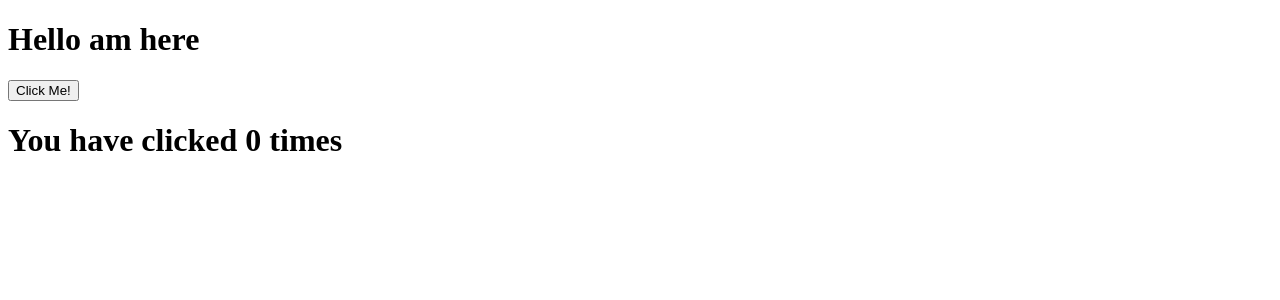
Repository: ohis/JAVAOnTheWeb
Page: http://localhost/ButtonClicker/Clicker
An editor plug-in stored every save of this project. The page is shown before and after the next save, followed by the edit.
The browser window is 1280 px wide. The pictures show the whole page.
The page is served by Tomcat 9.

Above is the page before, as saved 2017-12-03 02:48:13.

### servlets/ButtonClicker/WebContent/WEB-INF/views/click.jsp
<%@ page language="java" contentType="text/html; charset=ISO-8859-1"
    pageEncoding="ISO-8859-1"%>
<!DOCTYPE html PUBLIC "-//W3C//DTD HTML 4.01 Transitional//EN" "http://www.w3.org/TR/html4/loose.dtd">
<html>
<head>
<meta http-equiv="Content-Type" content="text/html; charset=ISO-8859-1">
<title>Clicker</title>
</head>
<body>
  <h1>Hello am here</h1>

  <form action="Clicker" method="get">
    <input type="submit" value="Click Me!">
  </form>

  <h1>You have clicked ${clicks} times</h1>

</body>
</html>

### servlets/ButtonClicker/src/com/codingdojo/clicker/controller/Clicker.java
package com.codingdojo.clicker.controller;

import java.io.IOException;

import javax.servlet.RequestDispatcher;
import javax.servlet.ServletException;
import javax.servlet.annotation.WebServlet;
import javax.servlet.http.HttpServlet;
import javax.servlet.http.HttpServletRequest;
import javax.servlet.http.HttpServletResponse;
import javax.servlet.http.HttpSession;

/**
 * Servlet implementation class Clicker
 */
@WebServlet("/Clicker")
public class Clicker extends HttpServlet {
	private static final long serialVersionUID = 1L;

    /**
     * @see HttpServlet#HttpServlet()
     */
    public Clicker() {
        super();
        // TODO Auto-generated constructor stub
    }

	/**
	 * @see HttpServlet#doGet(HttpServletRequest request, HttpServletResponse response)
	 */
    int count = 0;
	protected void doGet(HttpServletRequest request, HttpServletResponse response) throws ServletException, IOException {
		// TODO Auto-generated method stub
		HttpSession session = request.getSession();


		session.setAttribute("clicks", count);
		RequestDispatcher view = request.getRequestDispatcher("/WEB-INF/views/click.jsp");
		count++;
		view.forward(request, response);
	}

	/**
	 * @see HttpServlet#doPost(HttpServletRequest request, HttpServletResponse response)
	 */
	protected void doPost(HttpServletRequest request, HttpServletResponse response) throws ServletException, IOException {
		// TODO Auto-generated method stub
		doGet(request, response);
	}

}

After the next save:
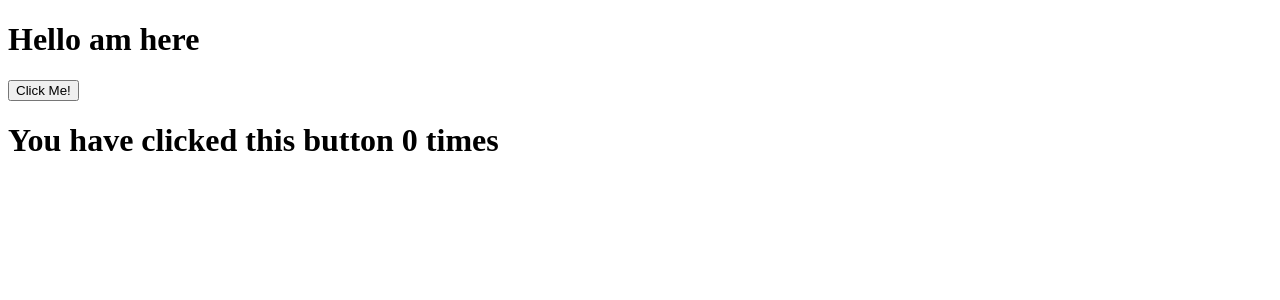
Saved 50 s later.
--- a/servlets/ButtonClicker/WebContent/WEB-INF/views/click.jsp
+++ b/servlets/ButtonClicker/WebContent/WEB-INF/views/click.jsp
@@ -13,7 +13,7 @@
     <input type="submit" value="Click Me!">
   </form>
 
-  <h1>You have clicked ${clicks} times</h1>
+  <h1>You have clicked this button ${clicks} times</h1>
 
 </body>
 </html>
